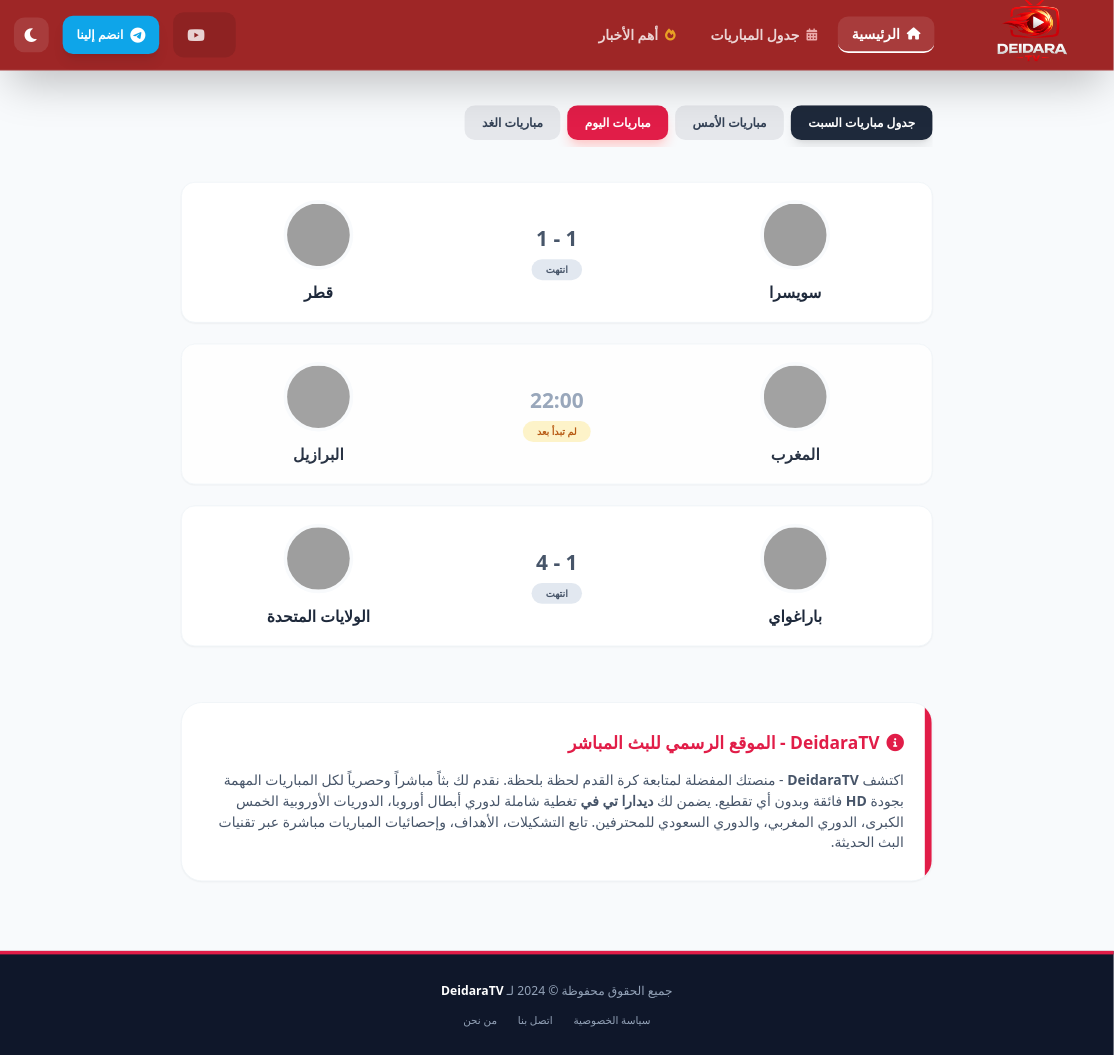
Repository: zakariax05/deidaraTV
Page: index.html
These files come from the project's save history. The page is drawn as it stood at one moment and after the next save; the edit follows.
The browser window is 1280 px wide. The pictures show the whole page, at 87% of full size.
Pictures or frames that could not be fetched are drawn as grey boxes. Some web libraries are served in a nearby version.

Above is the page before, as saved 2026-06-14 02:45:27.

### index.html
<!DOCTYPE html>
<html lang="ar" dir="rtl">

<head>
  <meta charset="UTF-8">
  <meta name="viewport" content="width=device-width, initial-scale=1.0">
  <title>DeidaraTV - ديدارا تي في | بث مباشر للمباريات</title>
  <script src="https://cdn.tailwindcss.com"></script>
  <link href="https://cdnjs.cloudflare.com/ajax/libs/font-awesome/6.0.0/css/all.min.css" rel="stylesheet">
  <style>
    @import url('https://fonts.googleapis.com/css2?family=Cairo:wght@400;600;700;900&display=swap');

    body {
      font-family: system-ui, -apple-system, BlinkMacSystemFont, 'Segoe UI', Roboto, Oxygen, Ubuntu, Cantarell, 'Open Sans', 'Helvetica Neue', sans-serif;
      background-color: #f8fafc;
    }

    .match-card {
      transition: all 0.3s ease;
    }

    .match-card:hover {
      transform: scale(1.01);
      box-shadow: 0 10px 20px -5px rgba(0, 0, 0, 0.1);
    }

    .bg-red-primary {
      background-color: #e11d48;
    }

    .text-red-primary {
      color: #e11d48;
    }

    .border-red-primary {
      border-color: #e11d48;
    }
  </style>
</head>

<body class="text-slate-800">

  <!-- Header / الهيدر -->
  <!-- الهيدر المطور للرئيسية - DeidaraTV -->
  <header
    class="bg-red-800 text-white shadow-2xl sticky top-0 z-[100] backdrop-blur-md bg-opacity-95 border-b border-white/10">
    <div class="container mx-auto px-4">
      <div class="flex justify-between items-center h-16 md:h-20">

        <!-- القسم الأيمن: الشعار والقائمة -->
        <div class="flex items-center gap-6 md:gap-10">
          <!-- اللوجو مع ميزة إعادة التحميل -->
          <div onclick="window.location.reload()"
            class="flex items-center gap-3 cursor-pointer group select-none transition-transform active:scale-95">
            <img src="imgs/logo-deidaratv.png" alt="DeidaraTV Logo Badge"
              class="h-16 md:h-[150px] w-auto object-contain transition-all hover:scale-105">

          </div>

          <!-- الروابط الأساسية (تظهر في الشاشات الكبيرة) -->
          <nav class="hidden lg:flex items-center gap-2">
            <a href="#"
              class="flex items-center gap-2 px-4 py-2 rounded-xl bg-white/10 hover:bg-white/20 transition-all font-bold border-b-2 border-white">
              <i class="fas fa-home text-sm"></i> الرئيسية
            </a>
            <a href="#"
              class="flex items-center gap-2 px-4 py-2 rounded-xl hover:bg-white/10 transition-all font-bold opacity-80 hover:opacity-100">
              <i class="fas fa-calendar-alt text-sm text-red-200"></i> جدول المباريات
            </a>
            <a href="#"
              class="flex items-center gap-2 px-4 py-2 rounded-xl hover:bg-white/10 transition-all font-bold opacity-80 hover:opacity-100">
              <i class="fas fa-fire text-sm text-amber-400"></i> أهم الأخبار
            </a>
          </nav>
        </div>

        <!-- القسم الأيسر: أيقونات التواصل والأدوات -->
        <div class="flex items-center gap-2 md:gap-4">

          <!-- أيقونات التواصل الاجتماعي بتنسيق أرقى -->
          <div class="hidden sm:flex items-center bg-black/10 rounded-xl px-2 py-1 gap-1">
            <a href="#" class="p-2 hover:bg-white/10 rounded-lg transition-colors text-white/80 hover:text-white"
              title="Twitter">
              <i class="fab fa-x-twitter text-lg"></i>
            </a>
            <a href="#" class="p-2 hover:bg-white/10 rounded-lg transition-colors text-white/80 hover:text-white"
              title="YouTube">
              <i class="fab fa-youtube text-lg"></i>
            </a>
          </div>

          <!-- زر تليجرام (مميز بلونه الخاص) -->
          <a href="#"
            class="bg-sky-500 hover:bg-sky-400 text-white p-2 md:px-4 md:py-2 rounded-xl transition-all shadow-lg flex items-center gap-2 font-bold text-sm">
            <i class="fab fa-telegram-plane text-lg"></i>
            <span class="hidden md:inline">انضم إلينا</span>
          </a>

          <!-- زر الوضع الليلي -->
          <button
            class="w-10 h-10 flex items-center justify-center rounded-xl bg-white/10 hover:bg-white/20 transition-colors">
            <i class="fas fa-moon text-lg"></i>
          </button>

          <!-- زر الموبايل -->
          <button class="lg:hidden w-10 h-10 flex items-center justify-center rounded-xl bg-white/10 hover:bg-white/20">
            <i class="fas fa-bars text-xl"></i>
          </button>
        </div>

      </div>
    </div>
  </header>

  <!-- Content / المحتوى الرئيسي -->
  <main class="container mx-auto px-4 max-w-4xl mt-10 pb-20">

    <!-- الأزرار العلوية -->
    <div class="flex flex-wrap justify-start gap-2 mb-10 overflow-x-auto pb-2">
      <button class="px-5 py-2.5 bg-slate-800 text-white rounded-xl text-sm font-bold whitespace-nowrap shadow-lg">جدول
        مباريات السبت</button>
      <button
        class="px-5 py-2.5 bg-gray-200 hover:bg-gray-300 text-slate-700 rounded-xl text-sm font-bold transition whitespace-nowrap">مباريات
        الأمس</button>
      <button
        class="px-5 py-2.5 bg-red-primary text-white rounded-xl text-sm font-bold shadow-lg shadow-red-200 whitespace-nowrap">مباريات
        اليوم</button>
      <button
        class="px-5 py-2.5 bg-gray-200 hover:bg-gray-300 text-slate-700 rounded-xl text-sm font-bold transition whitespace-nowrap">مباريات
        الغد</button>
    </div>

    <!-- قائمة المباريات -->
    <div class="space-y-6">

      <!-- مباراة مباشرة -->
      <div
        class="match-card bg-white rounded-2xl p-5 flex items-center justify-between border border-slate-100 shadow-sm">
        <div class="flex flex-col items-center w-1/3">
          <img src="https://flagcdn.com/w160/ch.png" alt="سويسرا"
            class="w-14 h-14 md:w-20 md:h-20 rounded-full object-cover border-4 border-slate-50 shadow-inner mb-3">
          <span class="font-bold text-sm md:text-lg">سويسرا</span>
        </div>

        <div class="flex flex-col items-center w-1/3">
          <div class="text-2xl font-black text-slate-600 mb-2">1 - 1</div>
          <span class="bg-slate-200 text-slate-600 text-[11px] px-4 py-1 rounded-full font-bold">انتهت</span>
        </div>

        <div class="flex flex-col items-center w-1/3">
          <img src="https://flagcdn.com/w160/qa.png" alt="قطر"
            class="w-14 h-14 md:w-20 md:h-20 rounded-full object-cover border-4 border-slate-50 shadow-inner mb-3">
          <span class="font-bold text-sm md:text-lg">قطر</span>
        </div>
      </div>

      <!-- مباراة المغرب (لم تبدأ) -->
      <!-- قمت بتغيير الـ div الأول إلى a وإضافة الرابط و cursor-pointer -->
      <a href="watching-page.html"
        class="match-card bg-white rounded-2xl p-5 flex items-center justify-between border border-slate-100 shadow-sm opacity-95 cursor-pointer hover:bg-slate-50 transition-all block">

        <!-- الفريق الأول -->
        <div class="flex flex-col items-center w-1/3">
          <img src="https://flagcdn.com/w160/ma.png" alt="المغرب"
            class="w-14 h-14 md:w-20 md:h-20 rounded-full object-cover border-4 border-slate-50 shadow-inner mb-3">
          <span class="font-bold text-sm md:text-lg text-slate-800">المغرب</span>
        </div>

        <!-- توقيت المباراة -->
        <div class="flex flex-col items-center w-1/3">
          <div class="text-2xl font-bold text-slate-400 mb-2">22:00</div>
          <span class="bg-amber-100 text-amber-700 text-[11px] px-4 py-1 rounded-full font-bold">لم تبدأ
            بعد</span>
        </div>

        <!-- الفريق الثاني -->
        <div class="flex flex-col items-center w-1/3">
          <img src="https://flagcdn.com/w160/br.png" alt="البرازيل"
            class="w-14 h-14 md:w-20 md:h-20 rounded-full object-cover border-4 border-slate-50 shadow-inner mb-3">
          <span class="font-bold text-sm md:text-lg text-slate-800">البرازيل</span>
        </div>
      </a>

      <!-- مباراة منتهية -->
      <div
        class="match-card bg-white rounded-2xl p-5 flex items-center justify-between border border-slate-100 shadow-sm bg-slate-50/50">
        <div class="flex flex-col items-center w-1/3">
          <img src="https://flagcdn.com/w160/py.png" alt="باراغواي"
            class="w-14 h-14 md:w-20 md:h-20 rounded-full object-cover border-4 border-slate-50 shadow-inner mb-3">
          <span class="font-bold text-sm md:text-lg">باراغواي</span>
        </div>

        <div class="flex flex-col items-center w-1/3">
          <div class="text-2xl font-black text-slate-600 mb-2">1 - 4</div>
          <span class="bg-slate-200 text-slate-600 text-[11px] px-4 py-1 rounded-full font-bold">انتهت</span>
        </div>

        <div class="flex flex-col items-center w-1/3">
          <img src="https://flagcdn.com/w160/us.png" alt="الولايات المتحدة"
            class="w-14 h-14 md:w-20 md:h-20 rounded-full object-cover border-4 border-slate-50 shadow-inner mb-3">
          <span class="font-bold text-sm md:text-lg">الولايات المتحدة</span>
        </div>
      </div>

    </div>

    <!-- SEO / قسم المعلومات -->
    <section
      class="mt-16 bg-white rounded-3xl p-8 border border-slate-100 shadow-sm leading-relaxed relative overflow-hidden">
      <div class="absolute top-0 right-0 w-2 h-full bg-red-primary"></div>
      <h2 class="text-red-primary font-black text-xl mb-4 flex items-center gap-2">
        <i class="fas fa-info-circle"></i> DeidaraTV - الموقع الرسمي للبث المباشر
      </h2>
      <p class="text-slate-600 text-sm md:text-base leading-8">
        اكتشف <strong>DeidaraTV</strong> - منصتك المفضلة لمتابعة كرة القدم لحظة بلحظة. نقدم لك بثاً مباشراً
        وحصرياً لكل المباريات المهمة بجودة <strong>HD</strong> فائقة وبدون أي تقطيع. يضمن لك <strong>ديدارا تي
          في</strong> تغطية شاملة لدوري أبطال أوروبا، الدوريات الأوروبية الخمس الكبرى، الدوري المغربي، والدوري
        السعودي للمحترفين. تابع التشكيلات، الأهداف، وإحصائيات المباريات مباشرة عبر تقنيات البث الحديثة.
      </p>
    </section>

  </main>

  <!-- Footer / الفوتر -->
  <footer class="bg-slate-900 text-slate-400 py-8 text-center border-t-4 border-red-primary">
    <div class="container mx-auto px-4">
      <p class="text-sm">جميع الحقوق محفوظة &copy; 2024 لـ <span class="text-white font-bold">DeidaraTV</span></p>
      <div class="flex justify-center gap-6 mt-4 text-xs">
        <a href="#" class="hover:text-white">سياسة الخصوصية</a>
        <a href="#" class="hover:text-white">اتصل بنا</a>
        <a href="#" class="hover:text-white">من نحن</a>
      </div>
    </div>
  </footer>

</body>

</html>

After the next save:
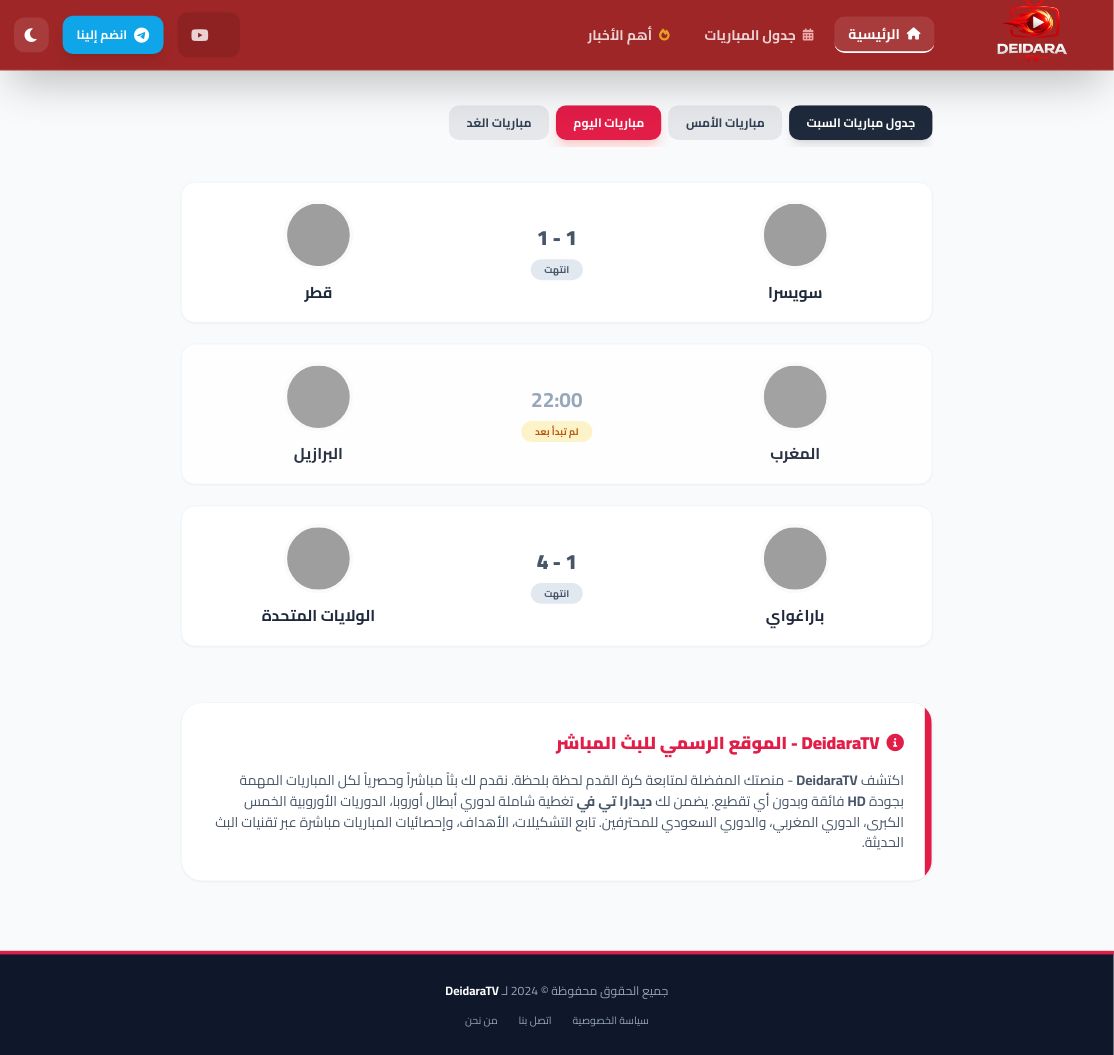
Saved 34 s later.
--- a/index.html
+++ b/index.html
@@ -11,7 +11,7 @@
     @import url('https://fonts.googleapis.com/css2?family=Cairo:wght@400;600;700;900&display=swap');
 
     body {
-      font-family: system-ui, -apple-system, BlinkMacSystemFont, 'Segoe UI', Roboto, Oxygen, Ubuntu, Cantarell, 'Open Sans', 'Helvetica Neue', sans-serif;
+      font-family: Cairo, sans-serif;
       background-color: #f8fafc;
     }
 
